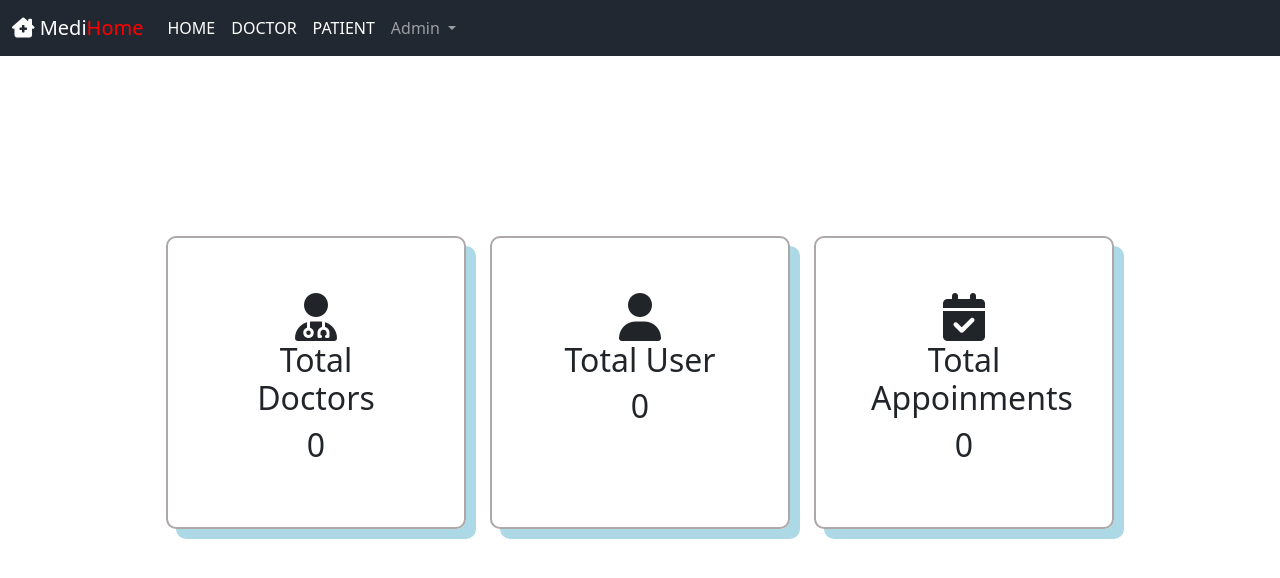
Repository: SparshGarg1/Hospital-Management-System
Page: http://localhost/Hospital/UpdateDoctor
These files come from the project's save history. The page is drawn as it stood at one moment and after the next save; the edit follows.
The browser window is 1280 px wide. The pictures show the whole page.
Some web libraries are served in a nearby version. The page is served by Tomcat 9. Queries for data that is not in the repository find no rows.

Above is the page before, as saved 2022-08-21 06:12:13.

After the next save:
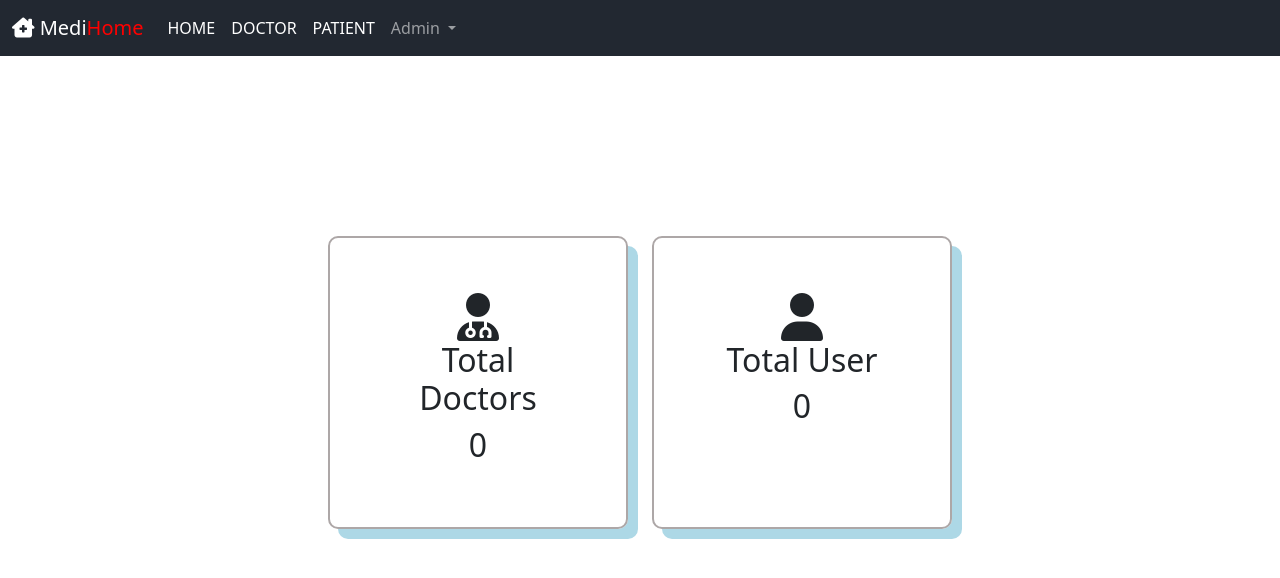
Saved 5 h 10 min later.
--- a/Hospital/WebContent/adminportal.jsp
+++ b/Hospital/WebContent/adminportal.jsp
@@ -116,11 +116,11 @@ while(rs2.next())
             <h2>Total User</h2>
             <h2><%=j %></h2>
         </div>
-        <div class="appo box1">
+        <%-- <div class="appo box1">
             <i class="fa fa-calendar-check fa-3x"></i>
             <h2>Total Appoinments</h2>
             <h2><%=k %></h2>
-        </div>
+        </div> --%>
     </div>
 </body>
 </html>
